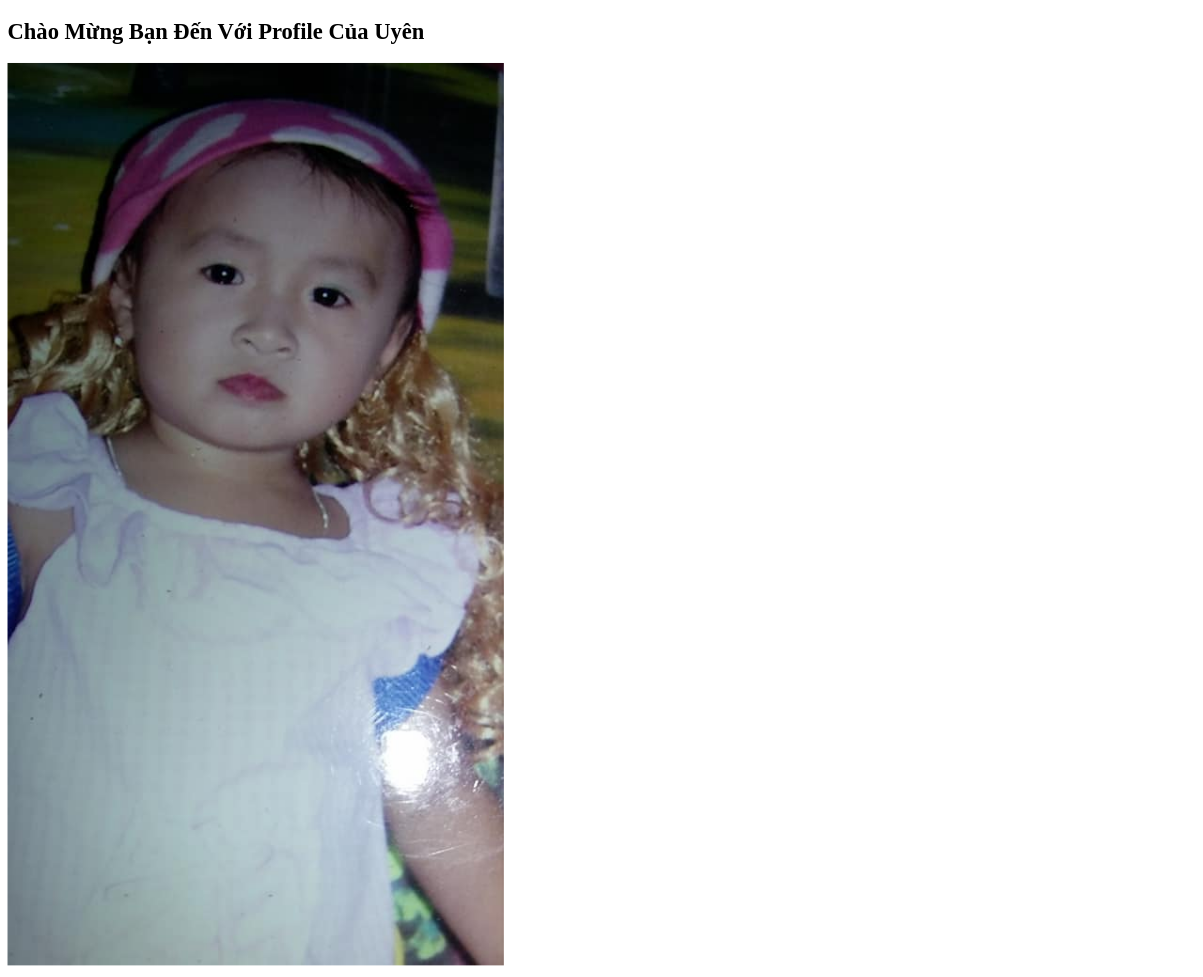
Repository: manhhieu120499/uyen
Page: index.html
These files come from the project's save history. The page is drawn as it stood at one moment and after the next save; the edit follows.
The browser window is 1280 px wide. The pictures show the whole page, at 94% of full size.

Above is the page before, as saved 2022-08-16 00:46:54.

After the next save:
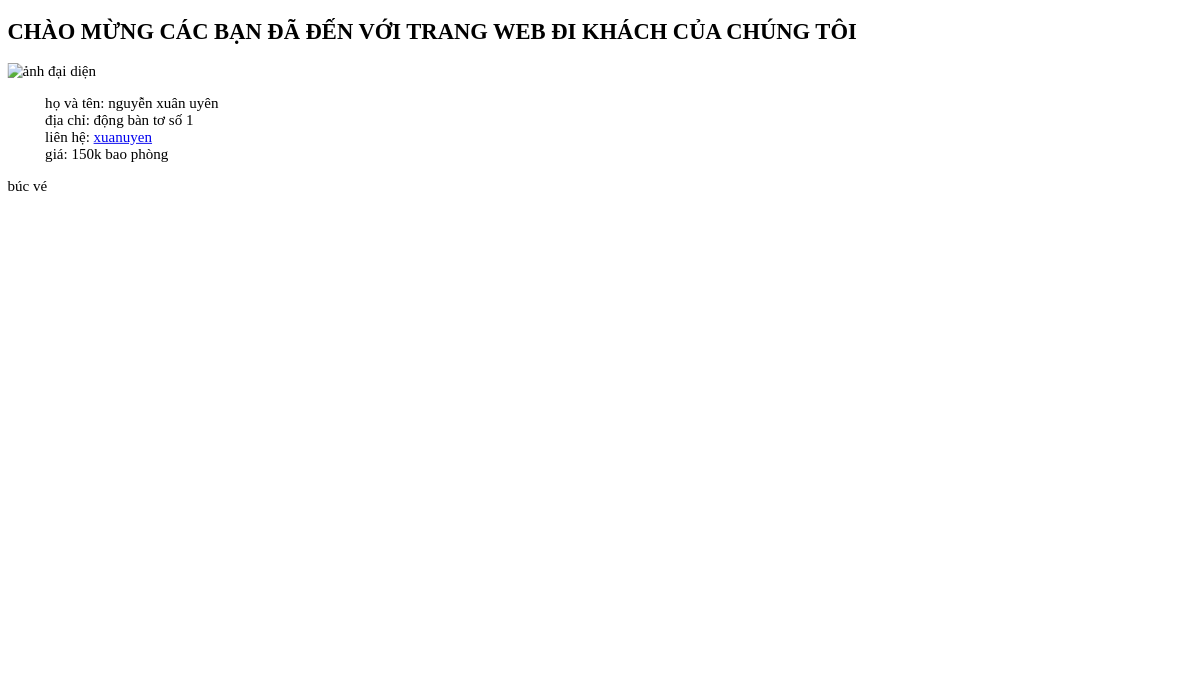
Not found: anh.jpg
Not found: style.css
Saved 8 min 0 s later.
--- a/index.html
+++ b/index.html
@@ -4,12 +4,26 @@
     <meta charset="UTF-8">
     <meta http-equiv="X-UA-Compatible" content="IE=edge">
     <meta name="viewport" content="width=device-width, initial-scale=1.0">
-    <title>Xuan Uyen</title>
+    <title>WEB ĐI KHÁCH</title>
+    <link rel="stylesheet" href="./style.css">
 </head>
 <body>
-    <h2>Chào Mừng Bạn Đến Với Profile Của Uyên</h2>
-    <div >
-        <img class = "picture" src = "hinh.jpg"\>
+    <h2 class="header">CHÀO MỪNG CÁC BẠN ĐÃ ĐẾN VỚI TRANG WEB ĐI KHÁCH CỦA CHÚNG TÔI</h2>
+    <div class="box">
+        <img src="/anh.jpg" alt="ảnh đại diện">
+        <!-- <img src="/anh2.jpg" alt="ảnh đại diện 2"> -->
+    </div>
+    <div class="list">
+        <ul>
+            <span>họ và tên: nguyễn xuân uyên</span><br>
+            <span></span>địa chỉ: động bàn tơ số 1<span><br>
+            <span>liên hệ: <a href="https://www.facebook.com/xuan.uyen.798278">xuanuyen</a></span><br>
+            <!-- <span>liên hệ nhân viên số 2: <a href="https://www.facebook.com/profile.php?id=100056158831994">nhathuy</a></span><br> -->
+            <span>giá: 150k bao phòng</span><br>
+        </ul>
+    </div>
+    <div class="button">
+         <span >búc vé</span>
     </div>
 </body>
 </html>
